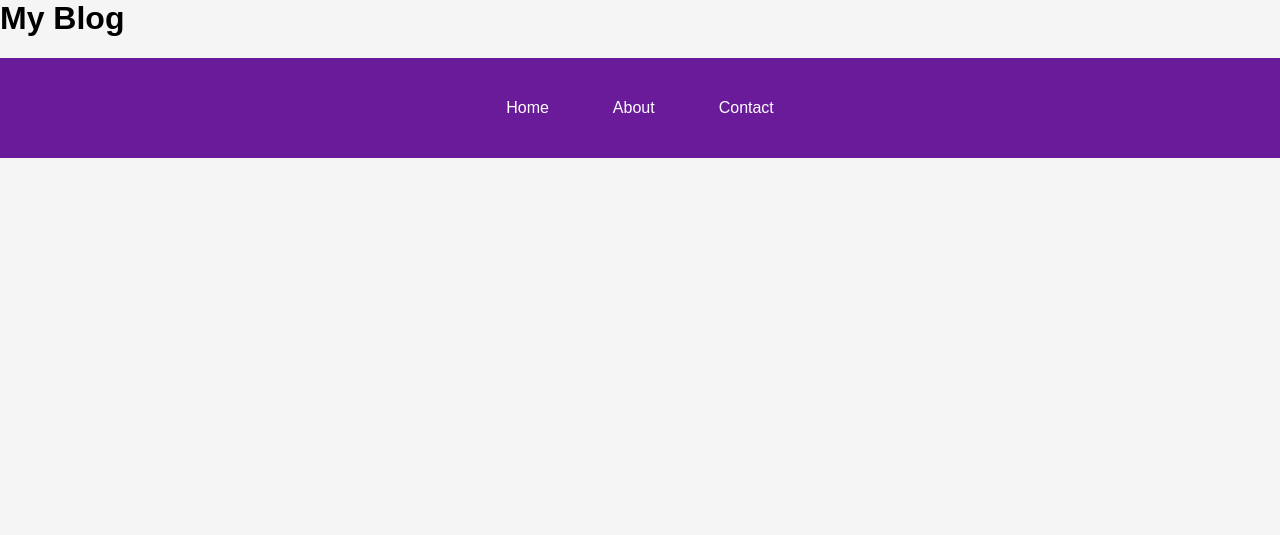
Repository: Femi007-gh/BLOG
Page: index.html
The author's editor kept a copy of each file at every save. The page is drawn from the files as they stood at one save, then again after the next save.
The browser window is 1280 px wide. The pictures show the whole page.

Above is the page before, as saved 2025-01-08 09:00:07.

After the next save:
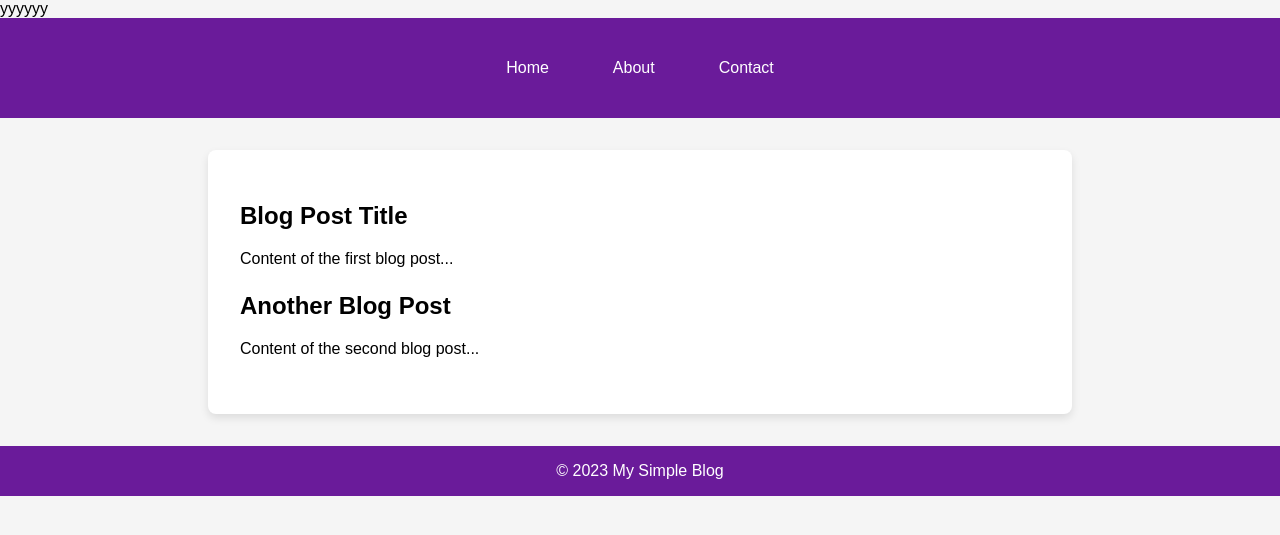
Saved 15 s later.
--- a/index.html
+++ b/index.html
@@ -1,18 +1,94 @@
-<html>
+yyyyyy
+  <!DOCTYPE html>
+  <html lang="en">
   <head>
-    <title>BLOG</title>
-    <link rel="stylesheet" href="style.css">
+    <meta charset="UTF-8">
+    <meta name="viewport" content="width=device-width, initial-scale=1.0">
+    <title>My Blog</title>
+    <style>
+      body {
+        margin: 0;
+        font-family: Arial, sans-serif;
+        background-color: #f5f5f5;
+      }
+
+      nav {
+        background-color: #6a1b9a;
+        height: 100px;
+        display: flex;
+        flex-direction: column;
+        justify-content: center;
+        align-items: center;
+        color: white;
+      }
+
+      ul {
+        list-style: none;
+        margin: 0;
+        padding: 0;
+        display: flex;
+        justify-content: center;
+      }
+
+      li {
+        margin: 0 1rem;
+      }
+
+      a {
+        color: white;
+        text-decoration: none;
+        font-family: Arial, sans-serif;
+        padding: 0.5rem 1rem;
+        display: block;
+      }
+
+      a:hover {
+        background-color: #4a148c;
+        border-radius: 4px;
+      }
+
+      .container {
+        margin: 2rem auto;
+        max-width: 800px;
+        background-color: white;
+        border-radius: 8px;
+        padding: 2rem;
+        box-shadow: 0 4px 8px rgba(0, 0, 0, 0.1);
+      }
+
+      .blog-post {
+        margin-bottom: 1.5rem;
+      }
+
+      footer {
+        background-color: #6a1b9a;
+        color: white;
+        text-align: center;
+        padding: 1rem 0;
+        margin-top: 2rem;
+      }
+    </style>
   </head>
   <body>
-    <header>
-      <h1 class="head">My Blog</h1>
-      <nav>
-        <ul>
-          <li><a href="#">Home</a></li>
-          <li><a href="#">About</a></li>
-          <li><a href="#">Contact</a></li>
-        </ul>
-      </nav>
-    </header>
+    <nav>
+      <ul>
+        <li><a href="#home">Home</a></li>
+        <li><a href="#about">About</a></li>
+        <li><a href="#contact">Contact</a></li>
+      </ul>
+    </nav>
+    <div class="container">
+      <div class="blog-post">
+        <h2>Blog Post Title</h2>
+        <p>Content of the first blog post...</p>
+      </div>
+      <div class="blog-post">
+        <h2>Another Blog Post</h2>
+        <p>Content of the second blog post...</p>
+      </div>
+    </div>
+    <footer>
+      &copy; 2023 My Simple Blog
+    </footer>
   </body>
-</html>
+  </html>
